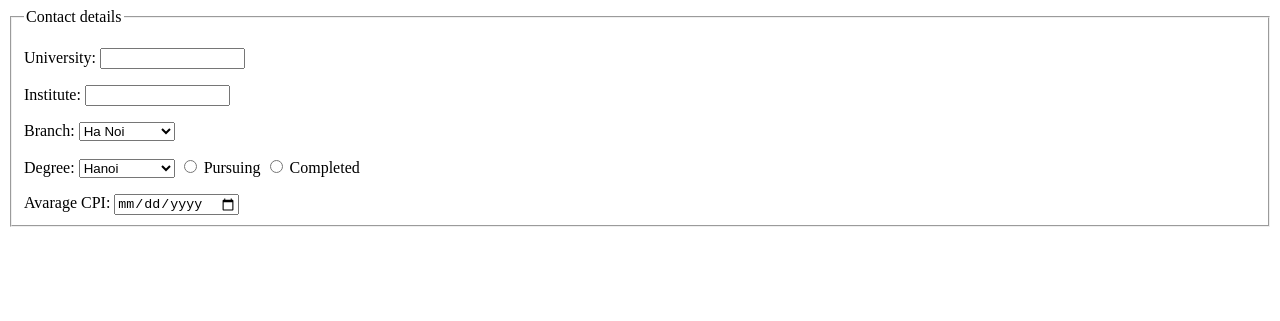
Repository: Helianthusss/Learn-CPP
Page: HTML/lap2/bai5.html
These files come from the project's save history. The page is drawn as it stood at one moment and after the next save; the edit follows.
The browser window is 1280 px wide. The pictures show the whole page.

Above is the page before, as saved 2021-09-23 20:51:28.

After the next save:
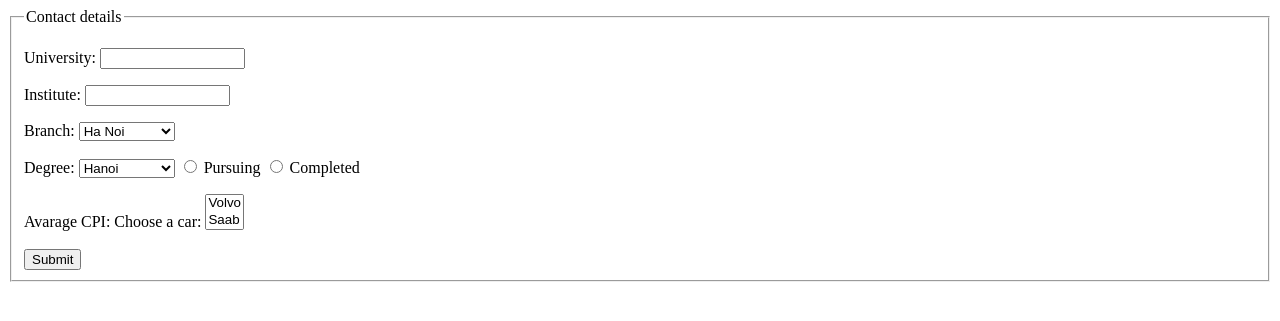
Saved 39 min 22 s later.
--- a/HTML/lap2/bai5.html
+++ b/HTML/lap2/bai5.html
@@ -41,7 +41,16 @@
         </p>
         <form action="http://www.example.com/bookings/" method="post">
           <label for="username">Avarage CPI:</label>
-          <input type="date" name="depart" />
+          <form action="/action_page.php">
+            <label for="cars">Choose a car:</label>
+            <select id="cars" name="cars" size="2">
+              <option value="volvo">Volvo</option>
+              <option value="saab">Saab</option>
+              <option value="fiat">Fiat</option>
+              <option value="audi">Audi</option></select
+            ><br /><br />
+            <input type="submit" />
+          </form>
         </form>
       </fieldset>
     </form>
